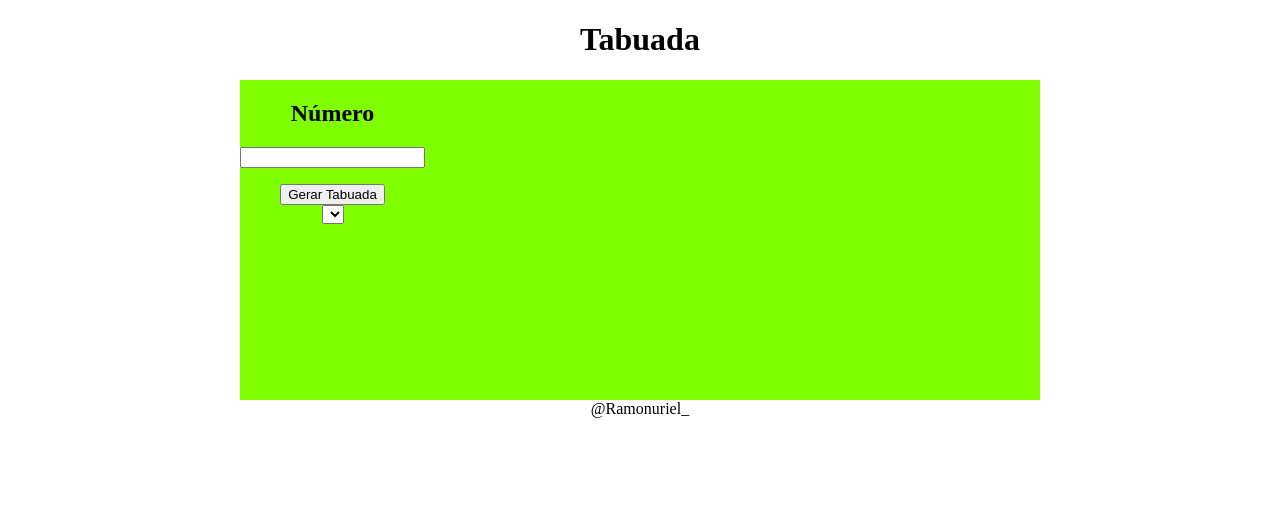
Repository: Ramonuriel/JS-Projetos
Page: Tabuada/tabuada.html
The author's editor kept a copy of each file at every save. The page is drawn from the files as they stood at one save, then again after a run of saves.
The browser window is 1280 px wide. The pictures show the whole page.

Above is the page before, as saved 2023-01-04 15:18:29.

After the next 4 saves:
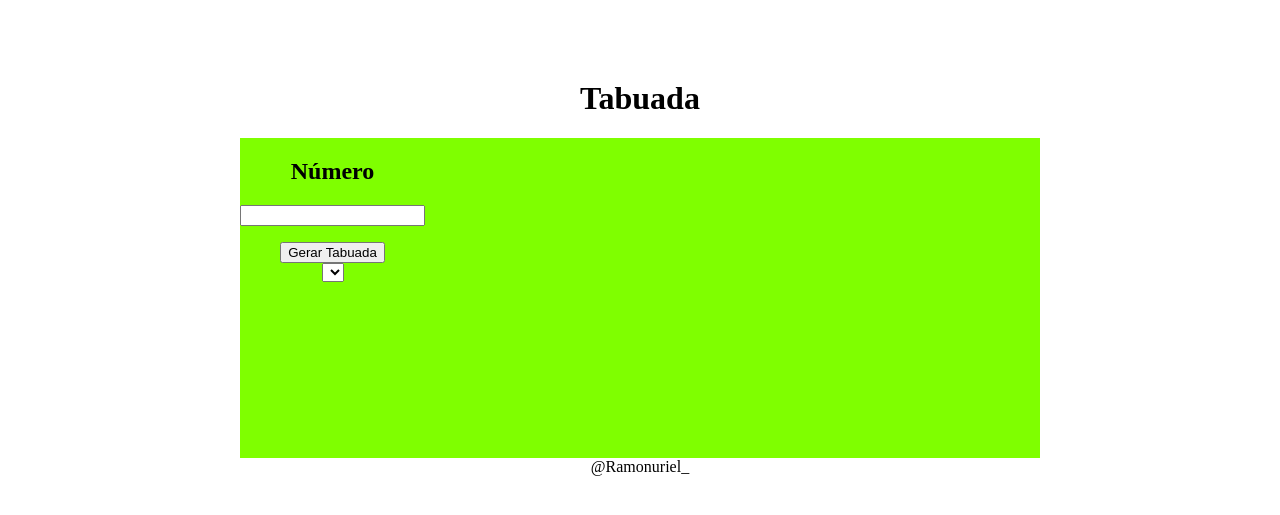
The 4 saves are shown as one change because they came seconds apart.
The last was saved 10 s later.
--- a/Tabuada/style.css
+++ b/Tabuada/style.css
@@ -2,7 +2,7 @@ body {
   margin: 0;
   padding: 0;
   text-align: center;
-
+  margin-top: 5rem;
 }
 
 .corpo {
